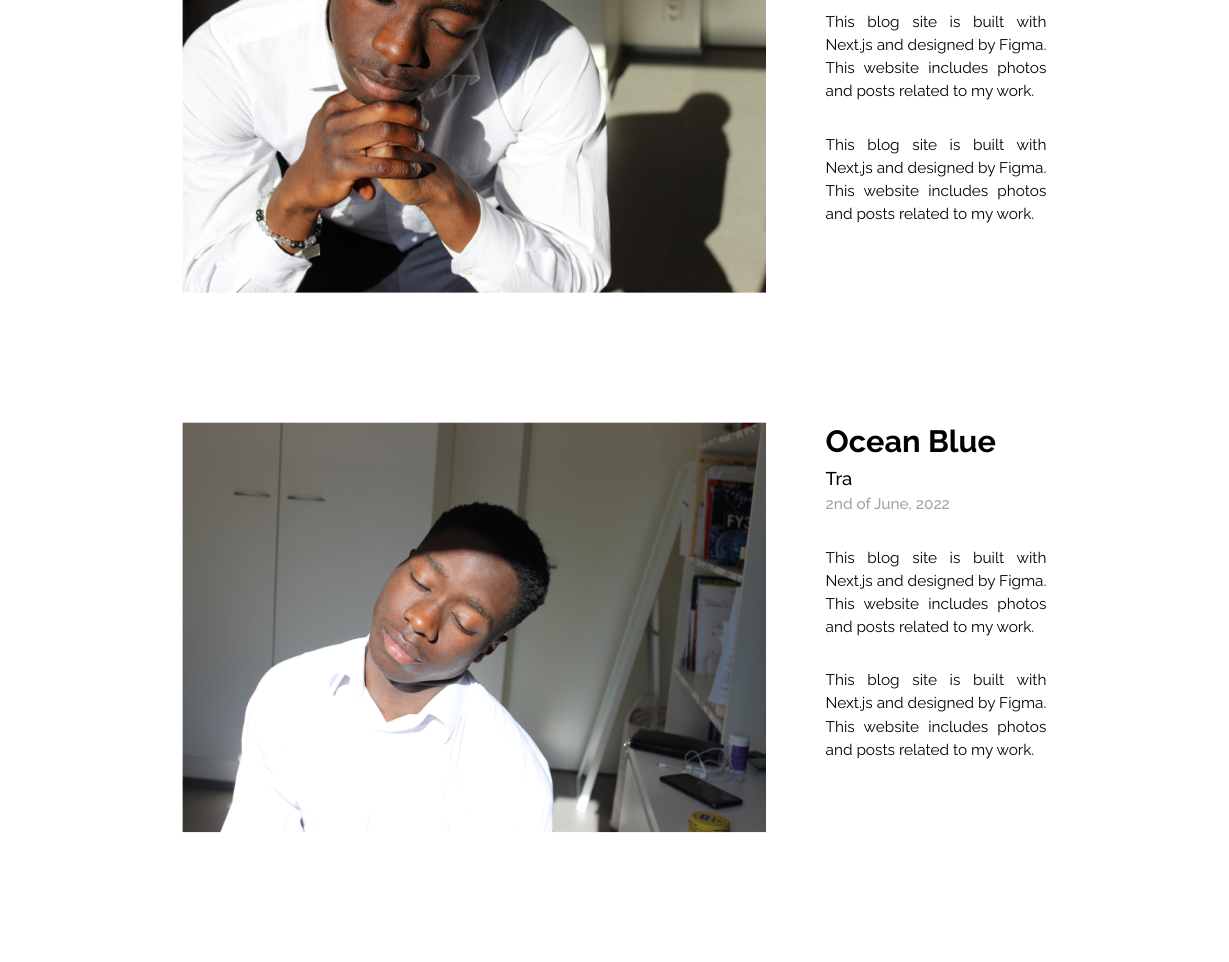
Repository: Graquick/Blog
Page: /photos
An editor plug-in stored every save of this project. The page is shown before and after the next save, followed by the edit.
The browser window is 1280 px wide. The pictures show the whole page, at 96% of full size.
The project was rebuilt for these pictures with package versions that can differ from the ones it lists, and the page was loaded fresh each time. The framework's server and built-in components were replaced by stand-ins that run in the browser. Also part of the build but not shown: next.config.js, components/Footer.js.

Above is the page before, as saved 2022-07-07 14:31:58.

After the next save:
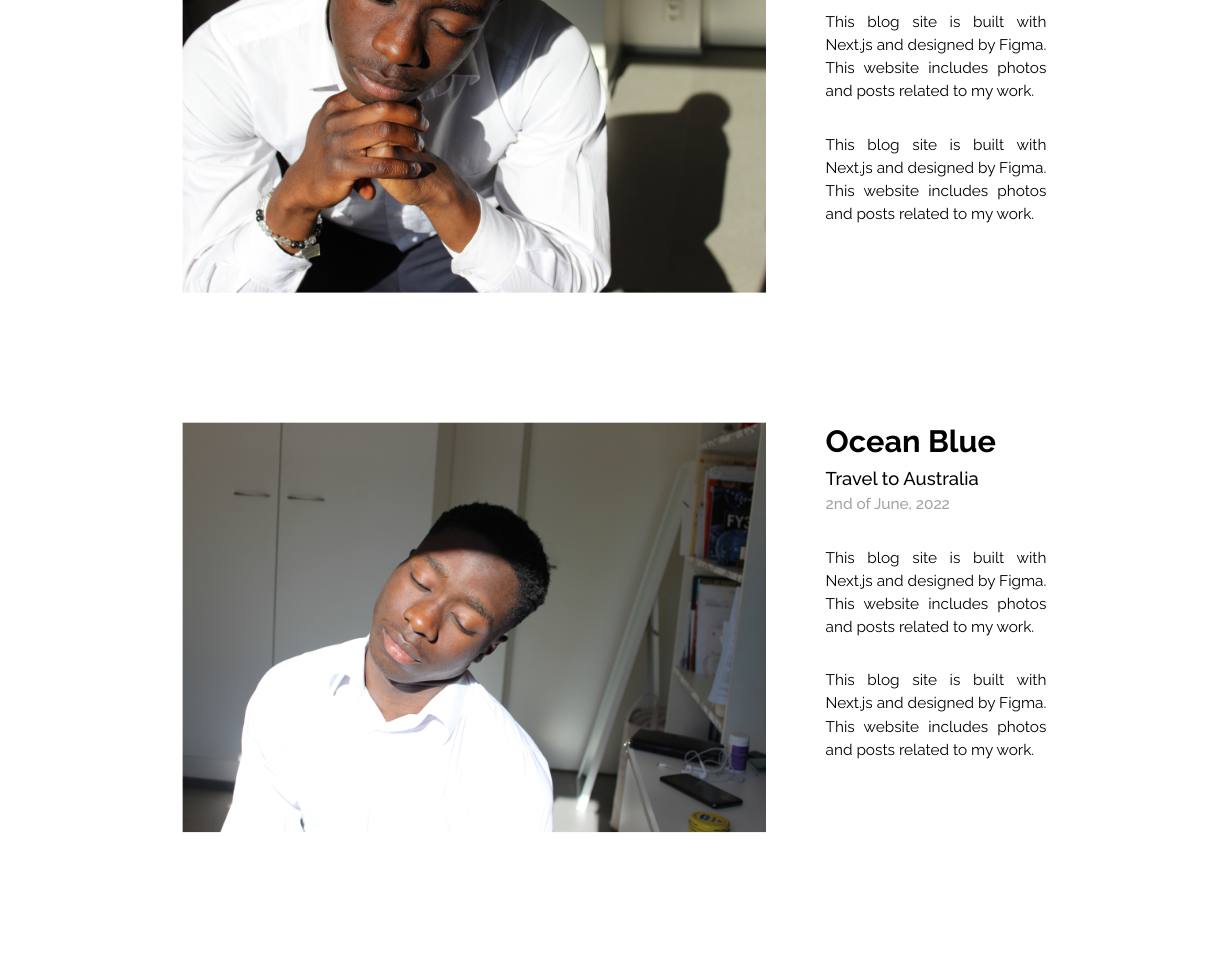
Saved 5 s later.
--- a/pages/photos.js
+++ b/pages/photos.js
@@ -20,7 +20,7 @@ const photos = [
 
 const desc = [
     { id: 1, title: 'Savannah', info: "Roadtrip to Kenya", date: "2nd of June, 2022", text: "This blog site is built with Next.js and designed by Figma. This website includes photos and posts related to my work." },
-    { id: 2, title: 'Ocean Blue', info: "Tra", date: "2nd of June, 2022", text: "This blog site is built with Next.js and designed by Figma. This website includes photos and posts related to my work."}
+    { id: 2, title: 'Ocean Blue', info: "Travel to Australia", date: "2nd of June, 2022", text: "This blog site is built with Next.js and designed by Figma. This website includes photos and posts related to my work."}
 ]
 
 const layInfo = {
